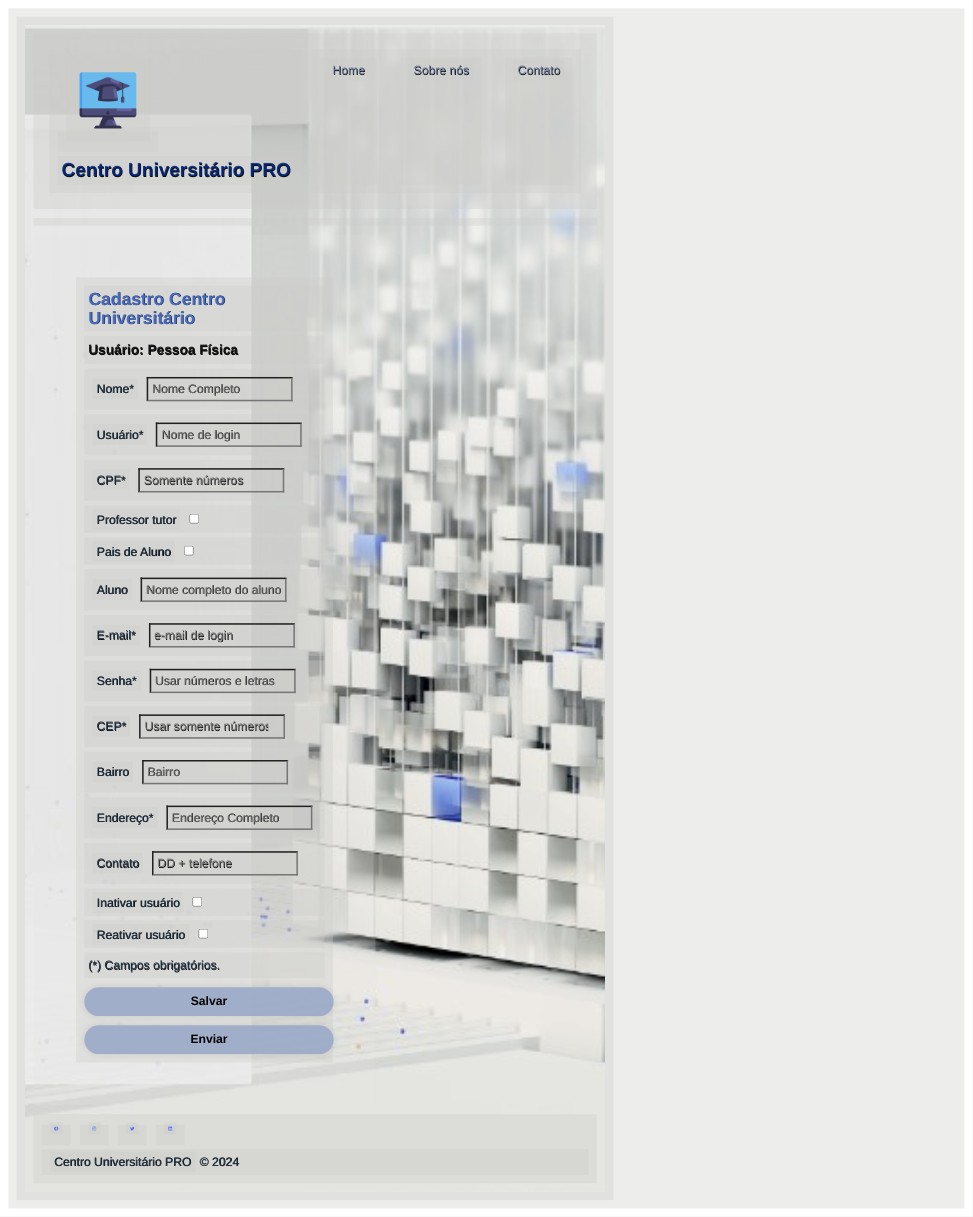
Repository: DanuziaRA/Cadastros-de-Usuarios
Page: /cadastro
An editor plug-in stored every save of this project. The page is shown before and after a run of saves, followed by the edit.
The browser window is 1280 px wide. The pictures show the whole page, at 76% of full size.
The project was rebuilt for these pictures with package versions that can differ from the ones it lists, and the page was loaded fresh each time. Also part of the build but not shown: vite.config.js, src/components/Footer.css, src/router/Contact.jsx, src/router/ErrorPage.jsx, src/router/ContactDetails.jsx, src/router/Login.jsx, src/router/Company.jsx, src/router/Forget.jsx.

Above is the page before, as saved 2024-10-01 12:39:51.

After the next 3 saves:
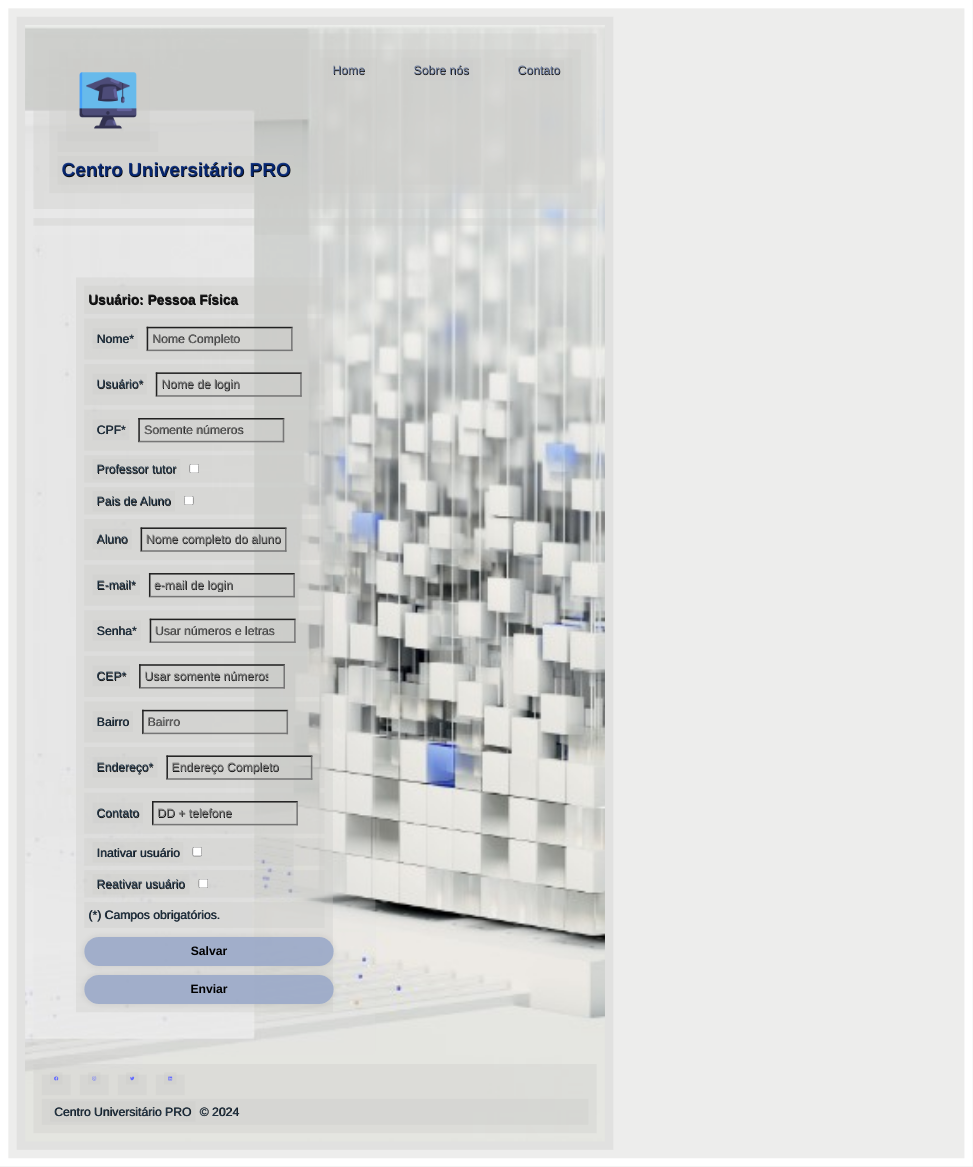
The 3 saves are shown as one change because they came seconds apart.
The last was saved 114 s later.
--- a/src/router/Cadastro.jsx
+++ b/src/router/Cadastro.jsx
@@ -28,8 +28,7 @@ alert("Enviando os dados:" + username + " -" + password + "-" + userusuario + "-
   return (
     <div className='container'>
         <form onSubmit={handleSubmit}>
-            <h1>Cadastro Centro Universitário</h1>
-            <h2>Usuário: Pessoa Física</h2>
+          <h2>Usuário: Pessoa Física</h2>
 
             <div>
             <label>Nome*</label>
